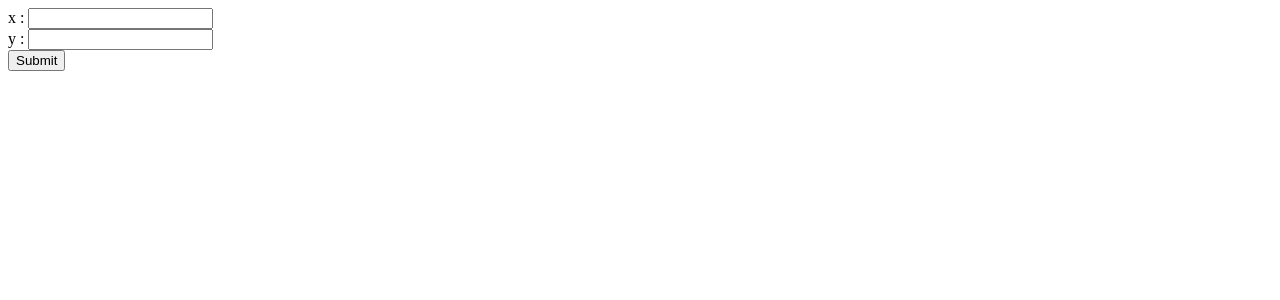
Repository: hongsungwoooo/per_study_jsp
Page: day02/src/main/webapp/calc2.html
The author's editor kept a copy of each file at every save. The page is drawn from the files as they stood at one save, then again after the next save.
The browser window is 1280 px wide. The pictures show the whole page.

Above is the page before, as saved 2022-10-05 06:36:23.

After the next save:
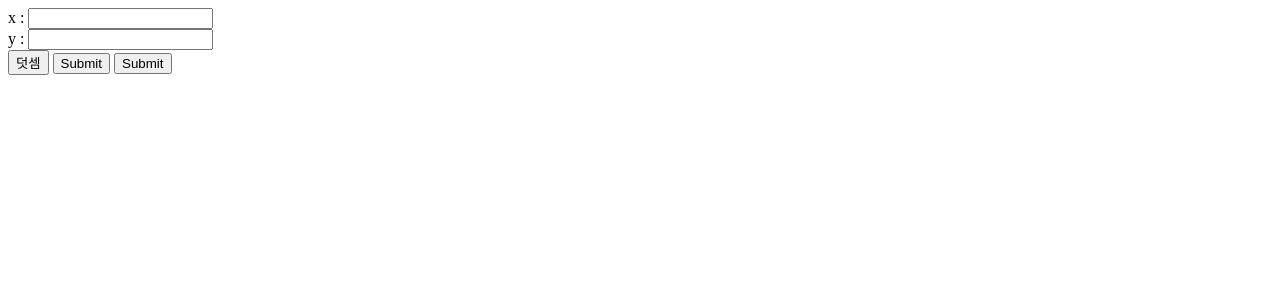
Saved 27 s later.
--- a/day02/src/main/webapp/calc2.html
+++ b/day02/src/main/webapp/calc2.html
@@ -14,6 +14,8 @@
 				<label>y :</label>
 				<input type="text" name="y">
 			</div>
+			<input type="submit" value="덧셈">
+			<input type="submit">
 			<input type="submit">
 
 
